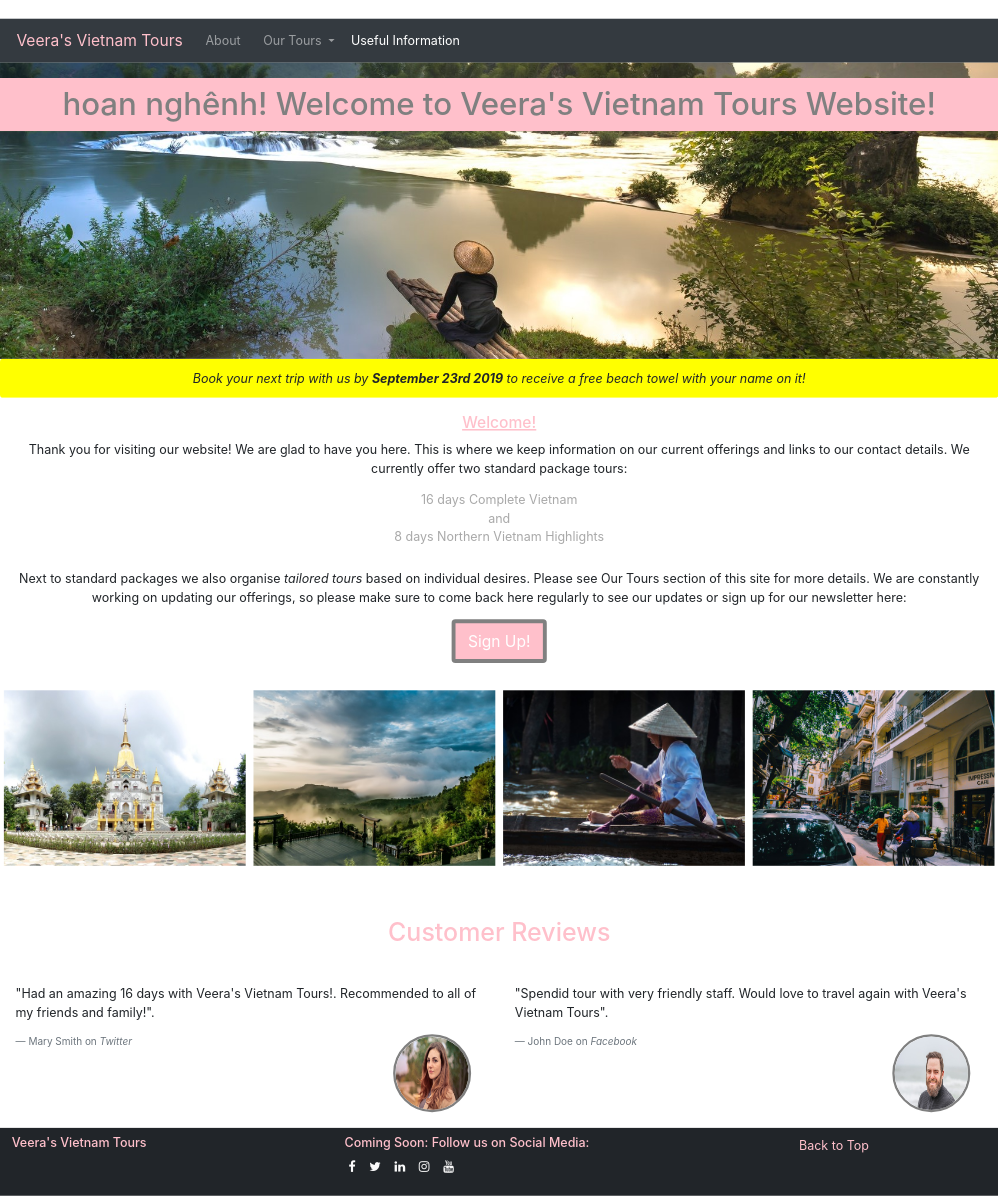
Repository: VAhola/VietnamTour
Page: index.html
The author's editor kept a record of every edit. The page is drawn from the files as they stood at one moment, then again after the next edit.
The browser window is 1280 px wide. The pictures show the whole page, at 78% of full size.

Above is the page before.

### index.html
<!DOCTYPE html>
<html lang="en">
<head>
    <meta charset="UTF-8">
    <meta name="viewport" content="width=device-width, initial-scale=1.0">
    <meta http-equiv="X-UA-Compatible" content="ie=edge">
    <link rel="stylesheet" href="https://stackpath.bootstrapcdn.com/bootstrap/4.3.1/css/bootstrap.min.css" type="text/css" />
    <link rel="stylesheet" href="https://stackpath.bootstrapcdn.com/font-awesome/4.7.0/css/font-awesome.min.css" type="text/css" />
    <link rel="stylesheet" href="style.css" type="text/css" />
    <title>Vietnam Project</title>
</head>

<body>
<a name="top"></a>
<!--Nav-->

<nav class="navbar navbar-dark navbar-expand-sm bg-dark">
    <a href="index.html" class="navbar-brand title">Veera's Vietnam Tours</a>
    <button class="navbar-toggler ml-auto" type="button" data-toggle="collapse" data-target="#navbarNavDropdown" aria-controls="navbarNavDropdown" aria-expanded="false" aria-label="Toggle navigation">
        <span class="navbar-toggler-icon"></span>
    </button>
    <div class="collapse navbar-collapse" id="navbarNavDropdown">
        <ul class="navbar-nav mr-auto">
            <li class="nav-item mr-2"><a class="nav-link" href="about.html">About</a></li>
            <li class="nav-item dropdown">
                <a class="nav-link dropdown-toggle" href="#" id="navbarDropdownMenuLink" role="button" data-toggle="dropdown" aria-haspopup="true" aria-expanded="false">
                  Our Tours
                </a>
                    <div class="dropdown-menu" aria-labelledby="navbarDropdownMenuLink">
                        <a class="dropdown-item" href="16d.html">16 Day Complete Vietnam</a>
                        <a class="dropdown-item" href="8d.html">8 Days Vietnam at glance</a>
                        <a class="dropdown-item" href="#">Customised Tours</a>
                    </div>
            </li>
            <li class="active nav-item mr-2"><a class="nav-link" href="Info.html">Useful Information</a></li>
        </ul>
    </div>
</nav>

<!-- /.nav -->

<!--Banner-->

<div class="section1">
    <h1 class="intro">
     hoan nghênh! Welcome to Veera's Vietnam Tours Website!
    </h1>
 </div>

<!-- /.banner -->

<div class="alert towel"><em>Book your next trip with us by <strong>September 23rd 2019</strong>  to receive a free beach towel with your name on it!</em></div>


<div>
      <h5> Welcome!</h5>
<div class="desth">


     <p>Thank you for visiting our website! We are glad to have you here.
     This is where we keep information on our current offerings and links to our contact details.
    We currently offer two standard package tours:</p>
    <div class="tours">
        <p class="compact">16 days Complete Vietnam </p>
        <p class="compact">and</p>
        <p class="compact">8 days Northern Vietnam Highlights</p>
    </div>

     <p>Next to standard packages we also organise <em>tailored tours</em> based on individual desires. Please see Our Tours section of this site for more details. We are constantly working on updating our offerings, so please make sure to come back here regularly to see our updates or sign up for our newsletter here:
<br>

    <p><button class="btn btn-lg btn-success1" data-toggle="modal" data-target="#signUpModal">Sign Up!</button></p>
     </div>

</div>


<div class="gallery">
<figure class="gallery_item gallery__item1">
    <img src="Assets/pictures/pagoda-704657_640.jpg" class="gallery__img" alt="Image 1">
</figure>
<figure class="gallery__item gallery__item--2">
    <img src="Assets/pictures/pagoda-2096468_640.jpg" class="gallery__img" alt="Image 2">
</figure>
<figure class="gallery__item gallery__item--3">
    <img src="Assets/pictures/vietnam-630445_640.jpg" class="gallery__img" alt="Image 3">
    </figure>
<figure class="gallery__item gallery__item--4">
    <img src="Assets/pictures/architecture-buildings-car-1004122.jpg" class="gallery__img" alt="Image 4">
    </figure>

 </div>

       <h2>Customer Reviews</h2>


<div class="clearfix">
  <div class="box">
        <div>
          <p>"Had an amazing 16 days with Veera's Vietnam Tours!. Recommended to all of my friends and family!".</p>
          <img src="Assets/pictures/beautiful-blur-blurred-background-733872.jpg" class="rounded-circle mr-3 d-none d-sm-block quote" height=100 width=100>
          <footer class="blockquote-footer">Mary Smith on <cite title="Twitter">Twitter</cite></footer>
        </div>
  </div>
  <div class="box">
      <div>
          <p>"Spendid tour with very friendly staff. Would love to travel again with Veera's Vietnam Tours".</p>
          <img src="Assets/pictures/adult-beach-casual-736716.jpg" class="rounded-circle mr-3 d-none d-sm-block quote" height=100 width=100>
          <footer class="blockquote-footer">John Doe on <cite title="Facebook">Facebook</cite></footer>
      </div>
  </div>
</div>

 <footer class="container-fluid site">
        <div id="footer-details" class="row">
            <div class="col-sm-4">
                 <h6 class="inline-block center">Veera's Vietnam Tours</h6>
            </div>
            <div class="col-sm-4">
                <h6 class="inline-block center" text-align=right >Coming Soon: Follow us on Social Media:</h6>
                <ul class="list-inline center">
                    <li class="list-inline-item">
                        <a target="_blank" href="#">
                            <i class="fa fa-facebook" aria-hidden="true"></i>
                            <span class="sr-only">Facebook</span>
                        </a>
                    </li>
                    <li class="list-inline-item">
                        <a target="_blank" href="#">
                            <i class="fa fa-twitter" aria-hidden="true"></i>
                            <span class="sr-only">Twitter</span>
                        </a>
                    </li>
                    <li class="list-inline-item">
                        <a target="_blank" href="#">
                            <i class="fa fa-linkedin" aria-hidden="true"></i>
                            <span class="sr-only">LinkedIn</span>
                        </a>
                    </li>
                    <li class="list-inline-item">
                        <a target="_blank" href="#">
                            <i class="fa fa-instagram" aria-hidden="true"></i>
                            <span class="sr-only">Instagram</span>
                        </a>
                    </li>
                    <li class="list-inline-item">
                        <a target="_blank" href="#">
                            <i class="fa fa-youtube" aria-hidden="true"></i>
                            <span class="sr-only">YouTube</span>
                        </a>
                    </li>
                </ul>
            </div>
           <div class="col-sm-4" style="text-align:center">
                <a href="#top" style="color:pink">Back to Top</a>
        </div>
 </footer>

    <script src="https://code.jquery.com/jquery-3.3.1.slim.min.js" integrity="sha384-q8i/X+965DzO0rT7abK41JStQIAqVgRVzpbzo5smXKp4YfRvH+8abtTE1Pi6jizo" crossorigin="anonymous"></script>
    <script src="https://cdnjs.cloudflare.com/ajax/libs/popper.js/1.14.3/umd/popper.min.js" integrity="sha384-ZMP7rVo3mIykV+2+9J3UJ46jBk0WLaUAdn689aCwoqbBJiSnjAK/l8WvCWPIPm49" crossorigin="anonymous"></script>
    <script src="https://stackpath.bootstrapcdn.com/bootstrap/4.1.3/js/bootstrap.min.js" integrity="sha384-ChfqqxuZUCnJSK3+MXmPNIyE6ZbWh2IMqE241rYiqJxyMiZ6OW/JmZQ5stwEULTy" crossorigin="anonymous"></script>

</body>
</html>

### style.css
html {
    border: none;
}

/*------------- Styling the header -----------*/

.header {
    background-color: #4F4F4F;
    background-position: center;
    text-align: center;
    background-size: cover;
    color: #fafafa;
    margin:0;
    padding-bottom: 10px;
    padding-top: 10px;

}


.button {
    color: white;
}


.navbar-dark .navbar-brand {
    color: pink;

}

.dropdown-menu {
    background-color: #4F4F4F;
}

.dropdown-item {
    color: #b9bec3;
}


a {
    color:#fafafa;
    margin-left: 5px;
}

.section1 {
    background-size: cover;
    text-align: center;
    background-image: url(Assets/pictures/bamboo-boat-clouds-cloudscape-2132098.jpg);
    background-repeat: no-repeat;
    min-height: 380px;
    color: black;
    padding: 20px 0px;
    background-position-y: bottom;
    background-position-x: center;
    background-color: darkgray;
}

.intro {
    background-color: pink;
    padding-top:10px;
    padding-bottom:10px;
}

h1 {
    color: gray;
    text-align: center;
    padding-bottom:20px;
    padding-top: 20px;
}

h2, h3{
    color: PINK;
    text-align: center;
    padding-bottom:20px;
    padding-top: 20px;
}

h5 {
    color: pink;
    text-align: center;
    margin-top: 20px;
    margin-bottom: 10px;
    text-decoration: underline;
}


li {
    list-style: none;
    text-align: center
}

img.quote {
    border-style: solid;
    border-color: gray;
    float: right;
}

dl, ol, ul {
    margin-top: 0;
    margin-bottom: 1rem;
    padding: 0;
}

.tours {
    color:darkgray;
    text-align:center;
    margin-bottom:30px;
}

.section3 {
    background-size: cover;
    text-align: center;
    background-image: url(Assets/pictures/bamboo-boat-clouds-cloudscape-2132098.jpg);
    background-repeat: no-repeat;
    min-height: 380px;
    color: black;
    padding: 20px 0px;
    background-position-y: bottom;
    background-position-x: center;
}


.about_us {
    text-align: justify;
    margin-left: 10px;
    margin-right: 10px;
}

.contacts {
    margin-left: 20px;
    margin-right: 10px;
}

.compact {
    margin: 0;
}

.man {
    background-image: url(Assets/pictures/hanoi-man-market-1004123.jpg);

}

.btn-success1 {
    color: #fff;
    background-color: pink;
    border-color: gray;
    border-width: thick;
}


.towel {
 text-align:center;
 padding-left:15px;
 padding-right:15px;
 background-color: yellow;
}

* {
  box-sizing: border-box;
}

div.box {
  float: left;
  width: 50%;
  padding: 20px;
}


.clearfix::after {
  content: "";
  clear: both;
  display: table;
}

.internary16 {
    text-align: left;
    margin: 10px 20px;
    align-content: center;
    text-align: justify;
}

.right {
    height:200px;
    word-break: break-word;
    float:right;
    margin: 5px;
}

.left {
    height:200px;
    word-break: break-word;
    float:left;
    margin: 5px;
}

.woman {
    float: right;
}


article {
    margin: 5px;
}

img.iten_right {
    border: 1px solid #ddd;
    border-radius: 4px;
    padding: 5px;
    width: 300px;
    margin-left: 10px;
}

img.iten_left {
    border: 1px solid #ddd;
    border-radius: 4px;
    padding: 5px;
    width: 300px;
    margin-right: 10px;
}

img.map_right {
    border: 1px solid #ddd;
    border-radius: 4px;
    width: 220px;
    margin:20px 10px;
}

.info_left {
    border: 3px solid #ddd;
    border-radius: 4px;
    width: 220px;
    margin-right:10px;
}

.info_right {
    border: 2px solid #ddd;
    border-radius: 4px;
    width: 220px;
    margin-left:10px;
}

banner2 {
    display: inline-block;
}

.section2 {
    background-size: cover;
    text-align: center;
    background-image: url(Assets/pictures/chaly-pavement-road-2044867.jpg);
    background-repeat: no-repeat;
    min-height: 380px;
    color: black;
    padding: 20px 10px;
    background-position-y: bottom;
    background-position-x: center;
}

.dest {
    margin-left: 10px;
    margin-right: 10px;
    padding: 10px;
    text-align: justify;
}

.info {
    margin-top:20px;
}
.desth {
    margin-left: 10px;
    margin-right: 10px;
    text-align:center;
}

.ready {
    background-clip: white;
    margin-left: 10px;
    margin-right: 10px;
}

.grid-container-new {
  display: grid;
  justify-content: space-evenly;
  grid-template-columns: 25% 25% 25%; /*Make the grid smaller than the container*/
  grid-gap: 5px;
  padding: 10px;
}

.grid-container {
  display: grid;
  justify-content: space-evenly;
  grid-template-columns: 80% 20%; /*Make the grid smaller than the container*/
  grid-gap: 5px;
  padding: 10px;
}

.grid-item {
  background-color: rgba(255, 255, 255, 0.8);
  border: 1px solid rgba(0, 0, 0, 0.8);
  padding: 20px;
  font-size: 30px;
  text-align: center;
}

.gallery {
    display: grid;
    grid-template-columns: repeat(4, 1fr);
    grid-gap: 10px;
    padding-top:5px;
    margin: 30px 5px;
}

.gallery__img {
    width: 100%;
    height: 100%;
    object-fit: cover;
}

.people {
    display: grid;
    grid-template-columns: repeat(2, 1fr);
    grid-gap: 10px;
    margin-left: 5px;
    margin-right: 5px;
    padding-top:5px;
}

.people__img {
    width: 100%;
    height: 100%;
    object-fit: cover;
}

.header5 {
    color: pink;
    text-decoration: underline;
}



footer.site {
    background-color: #212529;
    color: pink;
    background-size: cover;
    margin-bottom: 0;
    padding-bottom: 10px;
    padding-top: 10px;
}

.bottom {
    margin-bottom: 0;
}
/* media queries */

@media (max-width:767px) {
    body {
    font-size:small;
    }
    .review{
    text-align:center;
    padding:20px 10px;
    margin-bottom:40px;
    display:inline;
    font-size:smaller;
    }
    h1{
    font-size:small;
    }
    img.map_right {
    border: 1px solid #ddd;
    border-radius: 4px;
    width: 130px;
    margin-left: 10px;
    }
    .section2 {
    background-size: cover;
    text-align: center;
    background-image: url(Assets/pictures/chaly-pavement-road-2044867.jpg);
    background-repeat: no-repeat;
    min-height: 180px;
    color: black;
    padding: 20px 10px;
    background-position-y: bottom;
    background-position-x: center;
    }
}

@media (min-width: 768px) and (max-width: 991px) {
}
    .review {
    text-align:center;
    padding:20px 10px;
    margin-bottom:40px;
    display:flex;
    }
}

@media (min-width: 992px) and (max-width: 1800px) {
    .review{
    text-align:center;
    padding:20px 10px;
    margin-bottom:40px;
    margin-left: 20px;
    margin-right: 20px;
    display:inline-flex;
    }
}

After the next edit:
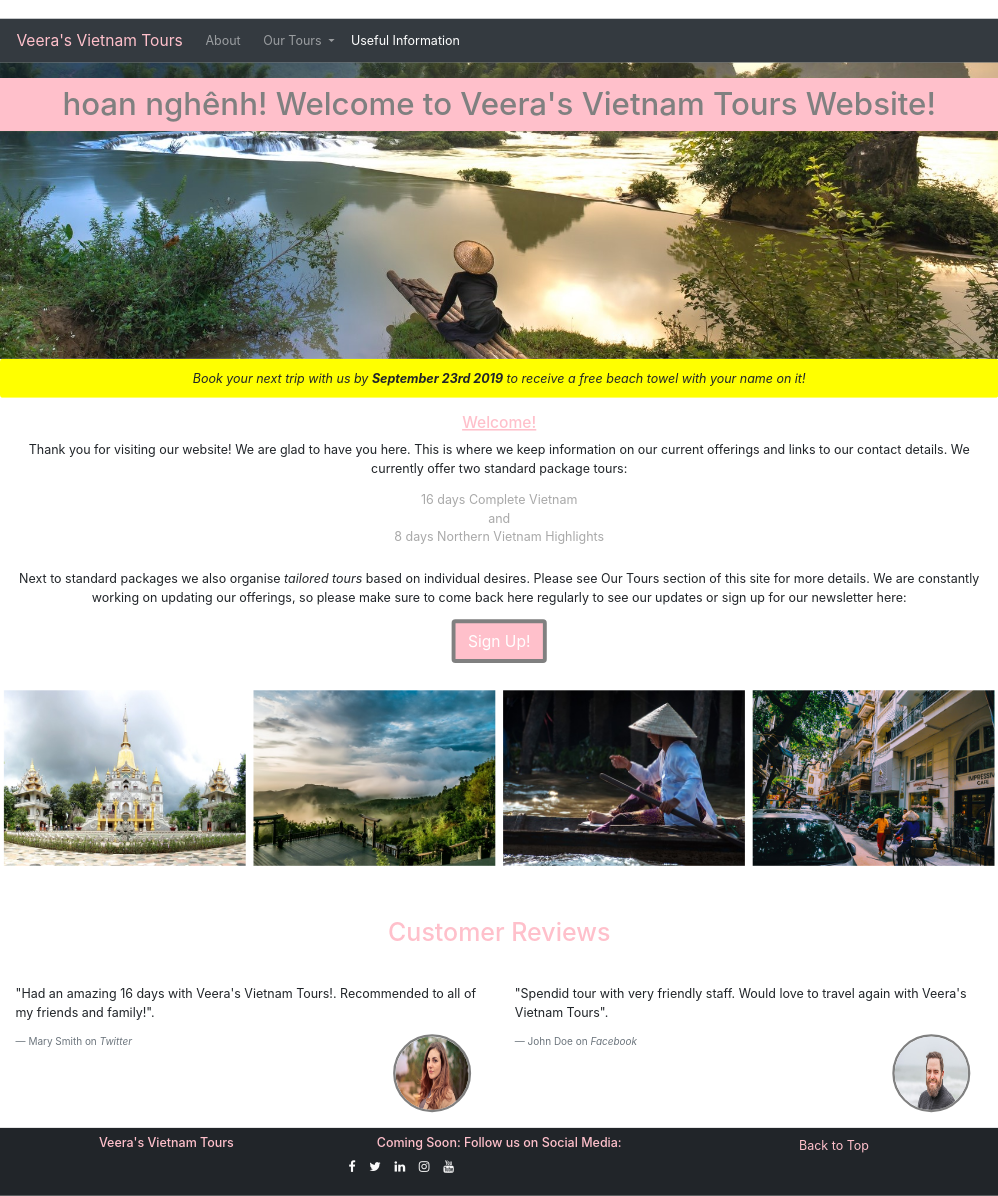
The edit:
--- a/style.css
+++ b/style.css
@@ -345,6 +345,10 @@
     padding-top: 10px;
 }
 
+h6.center {
+    text-align:center;
+}
+
 .bottom {
     margin-bottom: 0;
 }
